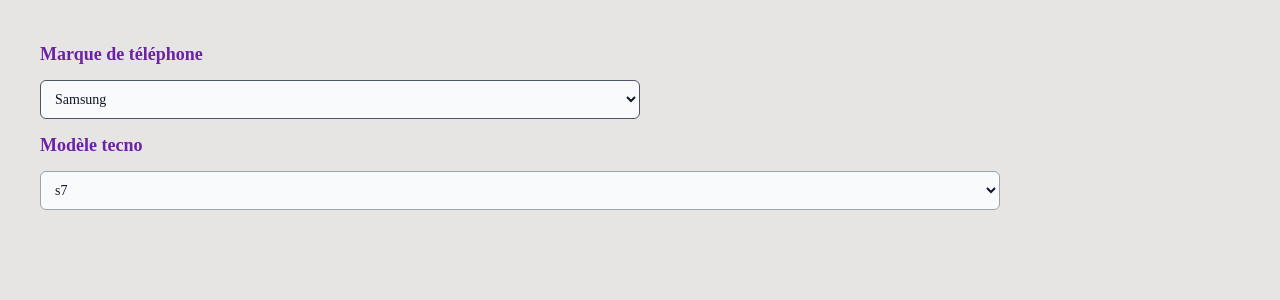
Repository: darlino/gotyu_shopify_section
Page: product_select220223/index.html
An editor plug-in stored every save of this project. The page is shown before and after the next save, followed by the edit.
The browser window is 1280 px wide. The pictures show the whole page.
After loading, the first visible `#select_brand` was changed once.
Some web fonts or font styles are not loaded; a fallback is used. Some web libraries are served in a nearby version.

Above is the page before, as saved 2023-02-22 21:24:11.

### product_select220223/index.html
<!DOCTYPE html>
<html lang="en">
  <head>
    <meta charset="UTF-8" />
    <meta http-equiv="X-UA-Compatible" content="IE=edge" />
    <meta name="viewport" content="width=device-width, initial-scale=1.0" />
    <title>Document</title>
    <script src="https://cdn.tailwindcss.com"></script>
    <link rel="preconnect" href="https://fonts.googleapis.com" />
    <link rel="preconnect" href="https://fonts.gstatic.com" crossorigin />
    <link
      href="https://fonts.googleapis.com/css2?family=Gloock&display=swap"
      rel="stylesheet"
    />
    <link rel="stylesheet" href="style.css" />
  </head>
  <body>
    <section id="product_select220223">
      <div class="flex flex-col max-w-[1300px] bg-stone-200 h-screen mx-auto">
        <div class="flex flex-col w-full space-y-3 mx-auto p-10">
          <div class="flex flex-col space-y-3">
            <p class="text-lg font-bold text-left text-purple-800">
              Marque de téléphone
            </p>
            <select
              name="select_brand"
              id="select_brand"
              onchange="getElementSelectedValue()"
              class="bg-gray-50 w-1/2 border focus:border-2 border-gray-400 text-gray-900 text-sm rounded-md focus:ring-blue-500 focus:border-blue-800 block p-2.5 border-gray-600 placeholder-gray-900 text-slate-900 focus:ring-blue-700 focus:border-blue-700 outline-none"
            >
              <option class="text-md mb-2" value="Tecno">Tecno</option>
              <option class="text-md mb-2" value="Samsung">Samsung</option>
              <option class="text-md mb-2" value="Xiaomi">Xiaomi</option>
              <option class="text-md mb-2" value="Iphone">Iphone</option>
            </select>
          </div>
          <div class="flex flex-col space-y-3">
            <p class="text-lg font-bold text-left text-purple-800">
              Modèle <span id="text_model"></span>
            </p>
            <select
              name="select_brand"
              id="select_model"
              class="bg-gray-50 w-4/5 border focus:border-2 border-gray-400 text-gray-900 text-sm rounded-md focus:ring-blue-500 focus:border-blue-800 block p-2.5 placeholder-gray-900 text-slate-900 focus:ring-blue-700 focus:border-blue-700 outline-none"
            ></select>
          </div>
        </div>
      </div>
    </section>
    <script type="text/javascript">
      const option = document.createElement("option");
      const modelValue = document.getElementById("select_model");
      const modelText = document.getElementById("text_model");

      const brandMatchModel = [
        { brand: "tecno", modelId: 0 },
        { brand: "samsung", modelId: 1 },
        { brand: "xiaomi", modelId: 2 },
        { brand: "iphone", modelId: 3 },
      ];

      const allModels = [
        [
          { value: "Pouvoir", text: "Pouvoir" },
          { value: "Camon", text: "Camon" },
          { value: "Spark", text: "Spark" },
        ],
        [
          { value: "s7", text: "Samsung galaxy s7" },
          { value: "s6", text: "Samsung galaxy s6" },
          { value: "note 10", text: "Samsung galaxy note 10" },
          { value: "note 9", text: "Samsung galaxy note 9" },
        ],
        [
          { value: "Mi 10", text: "Mi 10" },
          { value: "Mi 11", text: "Mi 11" },
        ],
        [
          { value: "iphone 8", text: "Iphone 8" },
          { value: "iphone 8 plus", text: "Iphone 8 +" },
          { value: "iphone X", text: "Iphone X" },
          { value: "iphone Xs", text: "Iphone Xs" },
          { value: "iphone 11", text: "Iphone 11" },
          { value: "iphone 12 pro", text: "Iphone 12pro" },
        ],
      ];

      modelText.innerHTML = brandMatchModel[0].brand;

      for (let index = 0; index < allModels[0].length; index++) {
        modelValue.options[modelValue.options.length] = new Option(
          allModels[0][index].text,
          allModels[0][index].value
        );
      }

      const clearSelect = (modelValue) => {
        while (modelValue.options.length > 0) {
          modelValue.remove(0);
        }
      };

      function getElementSelectedValue() {
        const element = document.getElementById("select_brand").value;

        const selectedBrandMatchModel = brandMatchModel.filter(
          (bm) => bm.brand.toLocaleLowerCase() === element.toLocaleLowerCase()
        );
        const modelId = selectedBrandMatchModel[0].modelId;

        clearSelect(modelValue);

        for (let index = 0; index < allModels[modelId].length; index++) {
          modelValue.options[modelValue.options.length] = new Option(
            allModels[modelId][index].value,
            allModels[modelId][index].text
          );
        }
        console.log(
          "the selected value is",
          element,
          "the brand macth is ",
          allModels[modelId].length
        );
        // for (let index = 0; index < array.length; index++) {
        //   const element = array[index];
        // }
      }
    </script>
  </body>
</html>

### product_select220223/style.css
* {
  margin: 0;
  padding: 0;
  font-family: "Gloock", serif;
}

#product_select220223 {
  width: 100%;
  height: auto;
}

After the next save:
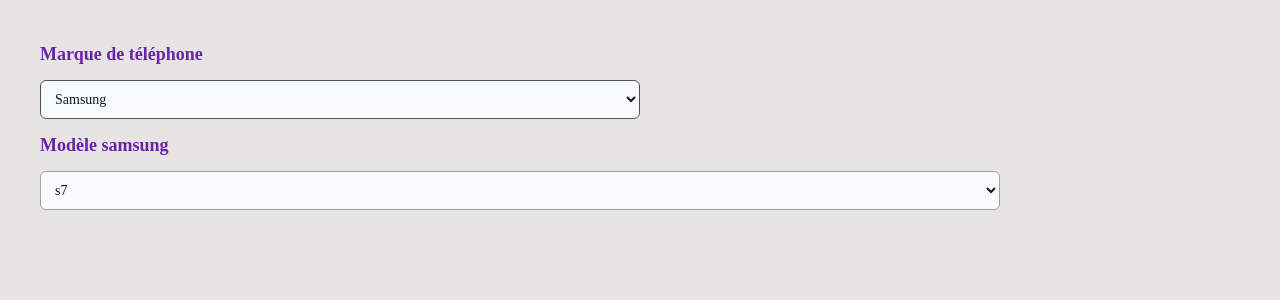
Saved 28 s later.
--- a/product_select220223/index.html
+++ b/product_select220223/index.html
@@ -109,6 +109,7 @@
         const modelId = selectedBrandMatchModel[0].modelId;
 
         clearSelect(modelValue);
+        modelText.innerHTML = brandMatchModel[modelId].brand;
 
         for (let index = 0; index < allModels[modelId].length; index++) {
           modelValue.options[modelValue.options.length] = new Option(
